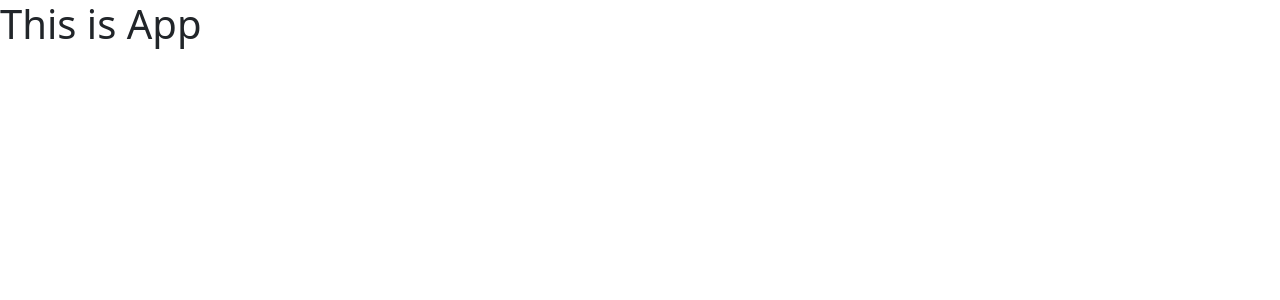
Repository: Prafullkuma/jwttoken
Page: /admin
The author's editor kept a copy of each file at every save. The page is drawn from the files as they stood at one save, then again after the next save.
The browser window is 1280 px wide. The pictures show the whole page.
The page's requests for data from a server got no answer. The project was rebuilt for these pictures with package versions that can differ from the ones it lists, and the page was loaded fresh each time. No one was signed in, and anything a server would have sent is missing. Also part of the build but not shown: src/App.css.

Above is the page before, as saved 2020-08-28 18:37:48.

After the next save:
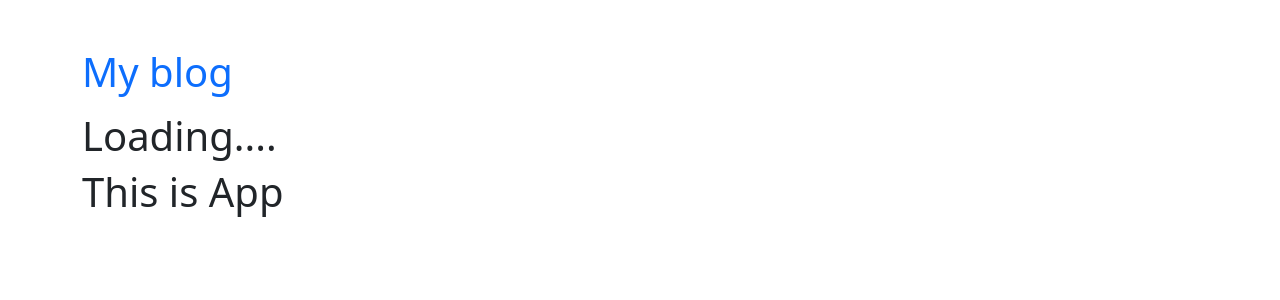
Saved 102 s later.
--- a/src/App.js
+++ b/src/App.js
@@ -26,10 +26,10 @@ function App() {
     fetchPost()
   }, [])
   return (
-    <div className="App">
-      {posts.map((post) => {
-        return <p key={post.id}> {post.body}<br /></p>
-      })}
+    <div className="container mt-5">
+      <h1 className="text-primary mb-3"> My blog</h1>
+      <Posts posts={posts} loading={loading} />
+
       {/* <BrowserRouter>
         <Navbar />
         <Route path="/signup" component={Signup} />
